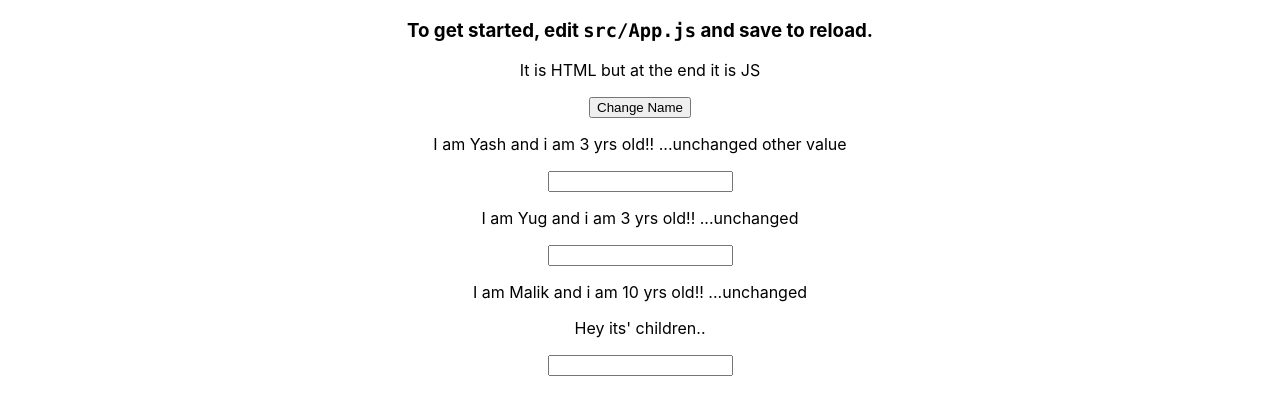
Repository: RohitMalik2/Rohit_react
Page: /
The author's editor kept a copy of each file at every save. The page is drawn from the files as they stood at one save, then again after the next save.
The browser window is 1280 px wide. The pictures show the whole page.
The project was rebuilt for these pictures with package versions that can differ from the ones it lists, and the page was loaded fresh each time.

Above is the page before, as saved 2019-10-24 21:53:52.

### src/App.js
import React, { useState } from 'react';
import './App.css';
import Person from './Person/Person';

const app = (props) => {

  const [personsState, setPersonsState] = useState({
    persons: [
      { name: 'Yash', age: 3 },
      { name: 'Yug', age: 3 }
    ],
    otherState: 'other value'
  });

  const [otherState, setOtherState] = useState('other value');
  console.log(personsState, otherState)

  const changeNameHandler = (newName) => {
    console.log('name changed');
    setPersonsState({
      persons: [
        { name: newName, age: 3 },
        { name: 'Yug', age: 3 }
      ]/* ,
      otherState: personsState.otherState */
    });
  }

  const inputHandler = (event) => {
    setPersonsState({
      persons: [
        { name: event.target.value, age: 3 },
        { name: 'Yug', age: 3 }
      ]/* ,
      otherState: personsState.otherState */
    });
  }

  return (
    <div className="App">
      <h3>
        To get started, edit <code>src/App.js</code> and save to reload.
        </h3>
      <p> It is HTML but at the end it is JS</p>
      <button onClick={changeNameHandler.bind(this, 'Malik')}>Change Name</button>
      <Person changed={inputHandler} click={changeNameHandler.bind(this, 'Rohit')} name={personsState.persons[0].name} age={personsState.persons[0].age} other={personsState.otherState} />
      <Person name={personsState.persons[1].name} age={personsState.persons[1].age} />
      <Person name="Malik" age="10">Hey its' children..</Person>
    </div>
  );
  /* return React.createElement('div', {className: 'App'}, React.createElement('h1', null, "Hey whts..up")); */
}

export default app;

/* state = {
  persons: [
    { name: 'Yash', age: 3 },
    { name: 'Yug', age: 3 }
  ],
  otherState: 'other value'
}

changeNameHandler = () => {
  console.log('name changed');
  this.setState({
   persons: [
      { name: 'Joravar', age: 3 },
      { name: 'Yug', age: 3 }
    ]
  });
} */

### src/Person/Person.js
import React from 'react'; // We need to import react bcz below JSX is converted
// to React element by React only

const person = (props) => {
    return (
       <div>
       <p onClick={props.click}>I am {props.name}  and i am {props.age} yrs old!! ...unchanged {props.other}</p>
        <p>{props.children}</p>
        <input type='text' onChange={props.changed}/>
       </div>
    );
}
export default person;

Loaded but not shown: public/index.html (common file); src/index.js (common file); src/index.css (common file); src/serviceWorker.js (common file); src/App.css (common file)

After the next save:
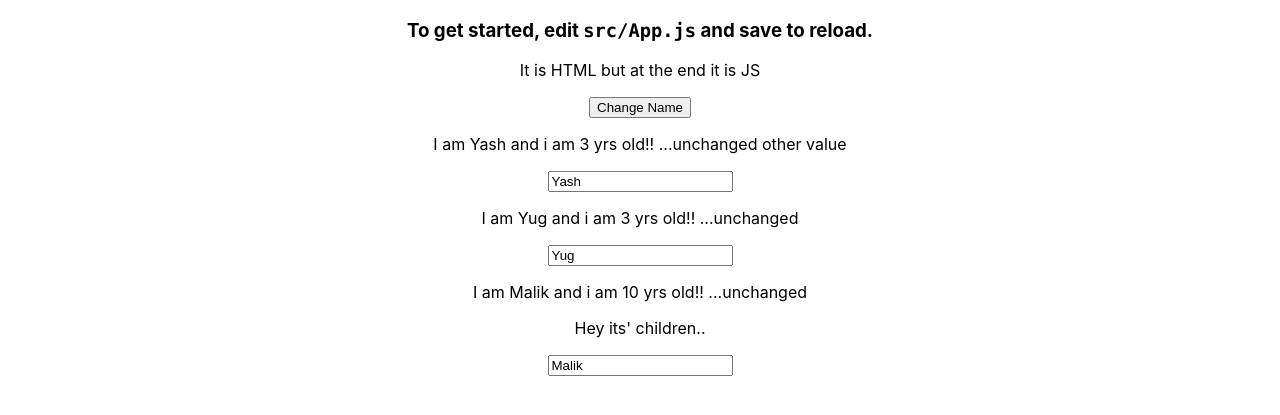
Saved 2 min 18 s later.
--- a/src/Person/Person.js
+++ b/src/Person/Person.js
@@ -6,7 +6,7 @@ const person = (props) => {
        <div>
        <p onClick={props.click}>I am {props.name}  and i am {props.age} yrs old!! ...unchanged {props.other}</p>
         <p>{props.children}</p>
-        <input type='text' onChange={props.changed}/>
+        <input type='text' onChange={props.changed} value={props.name}/>
        </div>
     );
 }
